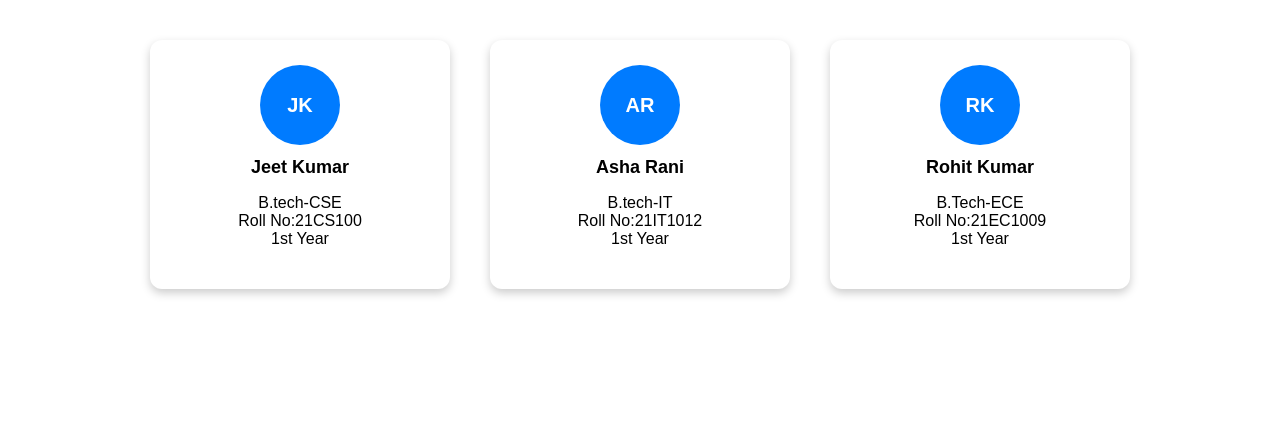
Repository: Glory998/ELCE1-32
Page: experiment8.html
An editor plug-in stored every save of this project. The page is shown before and after the next save, followed by the edit.
The browser window is 1280 px wide. The pictures show the whole page.

Above is the page before, as saved 2025-12-06 23:26:19.

### experiment8.html
<!DOCTYPE html>
<html>
    <head>
        <style>
            body{
                font-family:Arial,sans-serif;
                display:flex;
                justify-content:center;
                margin-top:40px;
            }
            .outer-box {
                width:90%;
                margin:30px auto;
                padding: 40px 20px;
                border:2px solid black;

            }
            .container{
                display:flex;
                justify-content:center;
                gap:40px;
                }
            .card{
                width:250px;
                padding:25px;
                text-align:center;
                background:#fff;
                border-radius:12px;
                box-shadow:0 4px 10px #ccc;
                }
            .circle{
                width:80px;
                height:80px;
                border-radius:50%;
                background:#007bff;
                color:white;
                display:flex;
                justify-content:center;
                align-items:center;
                font-weight:bold;
                margin:auto;
                font-size:20px;

            }
            .name{
                margin-top:12px;
                font-size: 18px;
                font-weight: bold;
            }
            </style>
            </head>
            <body>

                <div class="container">
                <div class="card">
                    <div class="circle">JK</div>
                    <div class="name">Jeet Kumar</div>
                    <p>B.tech-CSE<br>Roll No:21CS100<br>1st Year</p>
                    </div>
                     <div class="card">
                    <div class="circle">AR</div>
                   <div class="name">Asha Rani</div>
                    <p>B.tech-IT<br>Roll No:21IT1012<br>1st Year</p>
                    </div>
                    <div class="card">
                        <div class="circle">RK</div>
                        <div class="name">Rohit Kumar</div>
                        <p>B.Tech-ECE<br>Roll No:21EC1009<br>1st Year</p>
                    </div>
                    </div>
                    </body>
                    </html>

After the next save:
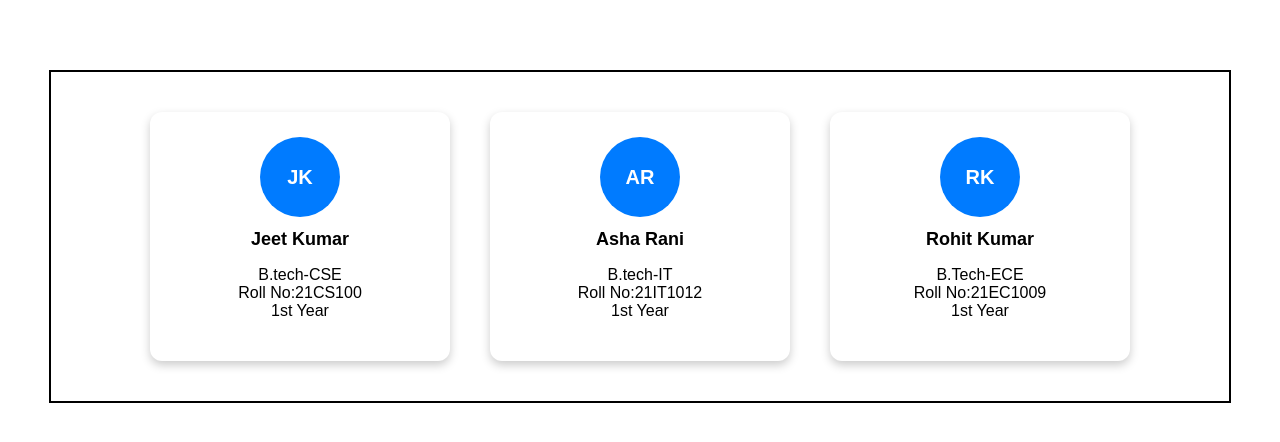
Saved 2 min 18 s later.
--- a/experiment8.html
+++ b/experiment8.html
@@ -50,7 +50,7 @@
             </style>
             </head>
             <body>
-
+                <div class="outer-box">
                 <div class="container">
                 <div class="card">
                     <div class="circle">JK</div>
